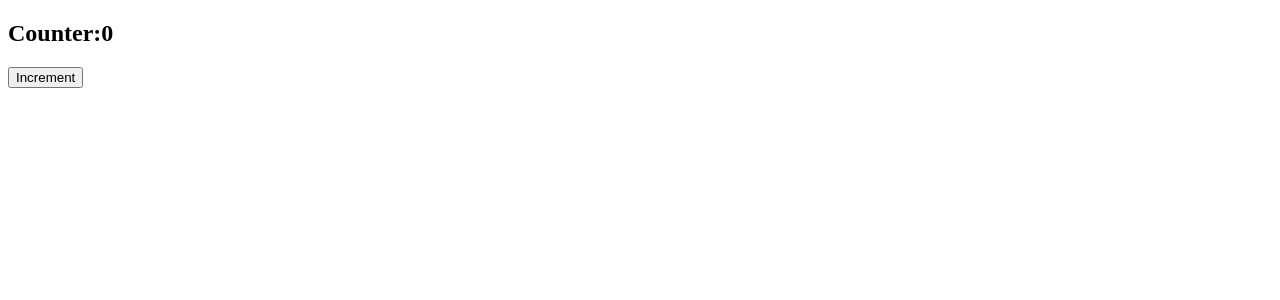
Repository: Vardhan1999/Daily-React-Apps
Page: /
An editor plug-in stored every save of this project. The page is shown before and after the next save, followed by the edit.
The browser window is 1280 px wide. The pictures show the whole page.
The project was rebuilt for these pictures with package versions that can differ from the ones it lists, and the page was loaded fresh each time. Also part of the build but not shown: vite.config.js, src/index.css.

Above is the page before, as saved 2025-12-01 22:57:58.

### src/App.jsx
import { useState } from "react";

export default function App() {
    const [count, setCount] = useState(0);

    return (
        <div>
            <h2>Counter:{count}</h2>
            <button onClick={() => setCount(count + 1)}>Increment</button>
        </div>
    )
}

Loaded but not shown: index.html (common file); src/main.jsx (common file)

After the next save:
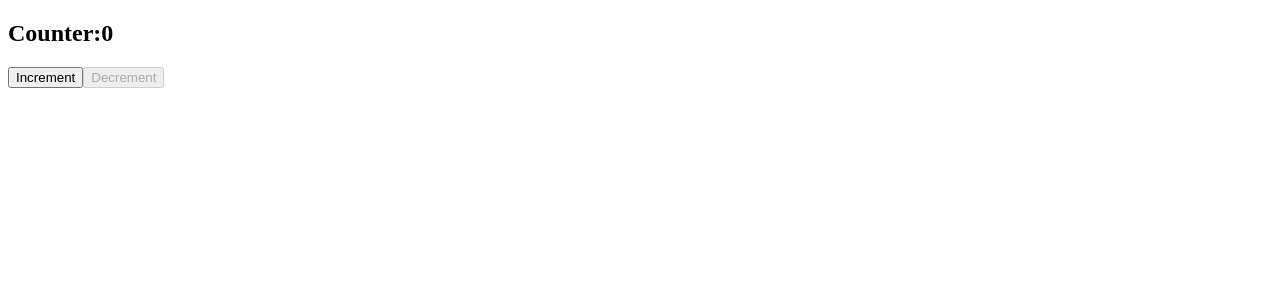
Saved 40 s later.
--- a/src/App.jsx
+++ b/src/App.jsx
@@ -7,6 +7,7 @@ export default function App() {
         <div>
             <h2>Counter:{count}</h2>
             <button onClick={() => setCount(count + 1)}>Increment</button>
+            <button onClick={() => setCount(count - 1)} disabled={count === 0}>Decrement</button>
         </div>
     )
 }
